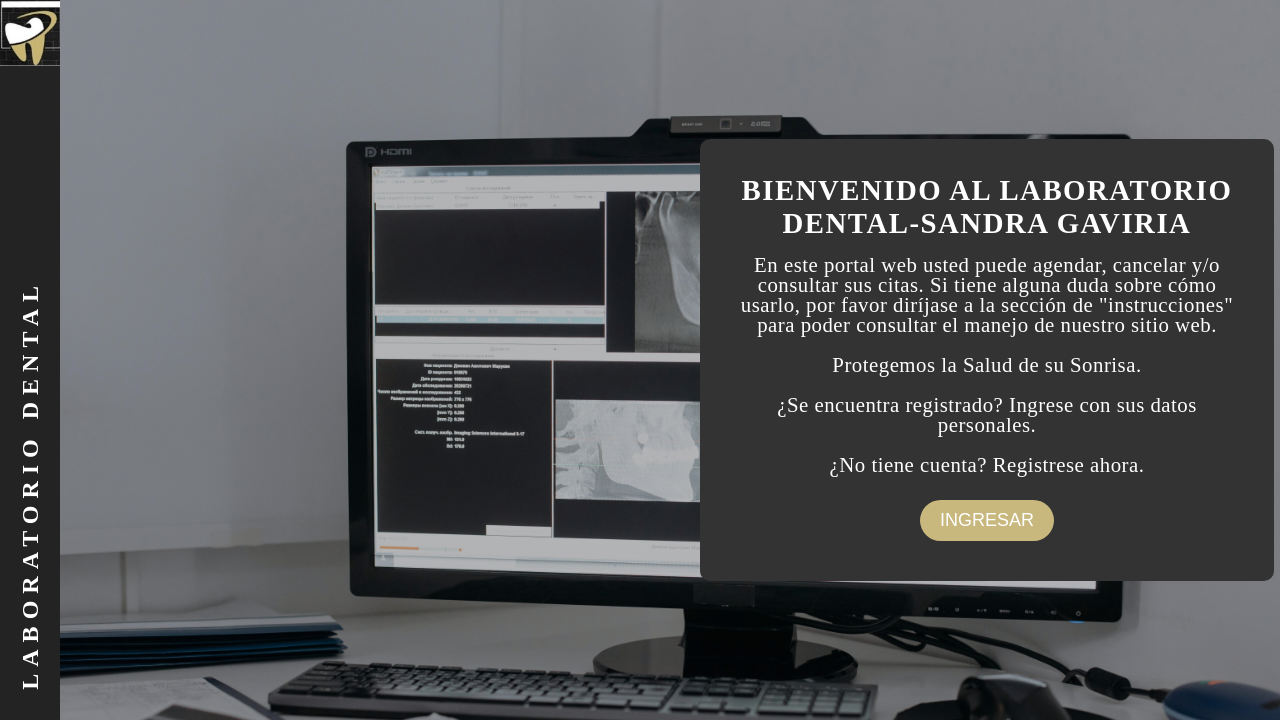
Repository: IIntef/ProyectoDental2.0
Page: Proyecto/Proyecto/Fer.html
An editor plug-in stored every save of this project. The page is shown before and after the next save, followed by the edit.
The browser window is 1280 px wide. The pictures show the whole page.

Above is the page before, as saved 2024-06-14 17:05:15.

After the next save:
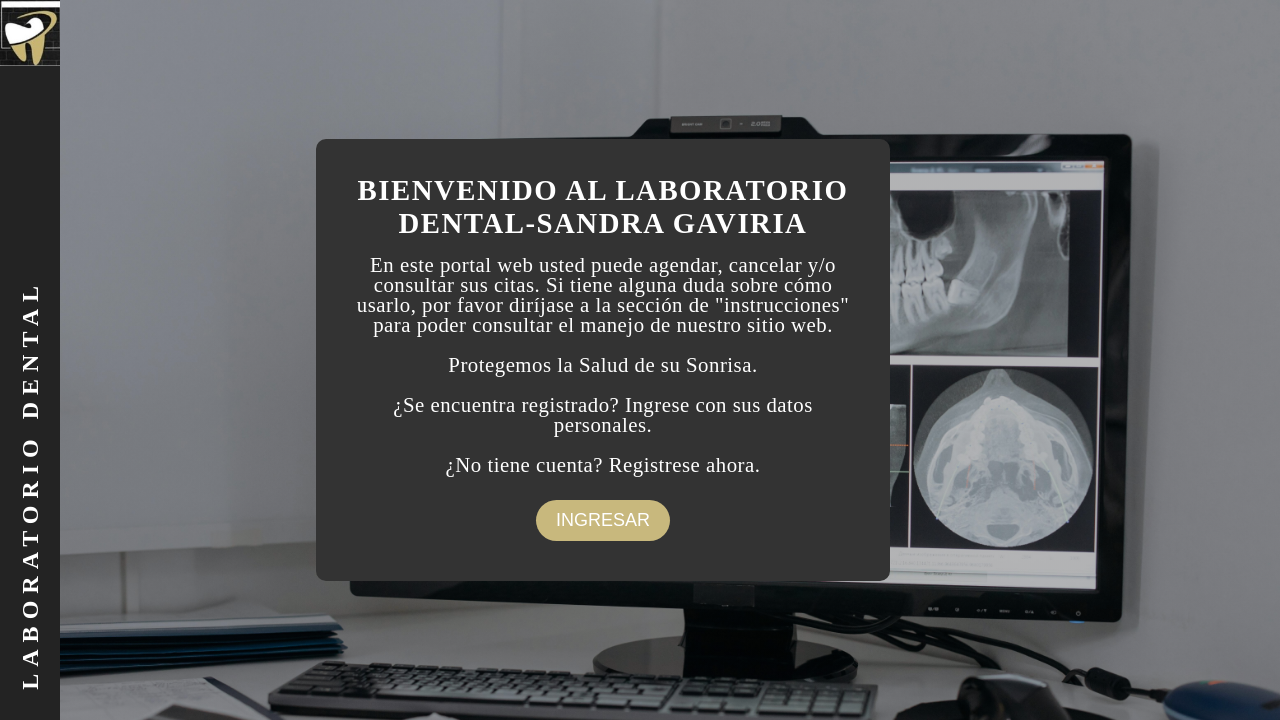
Saved 7 s later.
--- a/Proyecto/Proyecto/StyleFer.css
+++ b/Proyecto/Proyecto/StyleFer.css
@@ -29,7 +29,7 @@ main{
     width: 100%;
     justify-content:center;
     align-items: center;
-    margin-left: 50vw;
+    margin-left: 20vw;
 }
 
 .container{
